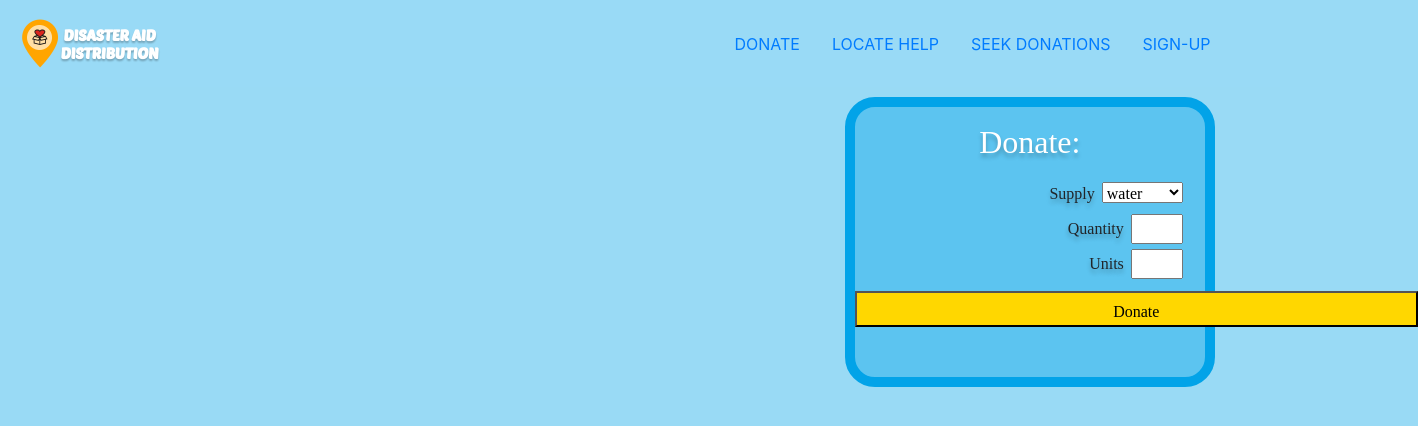
Repository: uprm-inso-4115-2019-2020-S2/semester-project-inso4115-DisasterAid-backend
Page: /donate-modal (app in disaster-aid/)
An editor plug-in stored every save of this project. The page is shown before and after the next save, followed by the edit.
The browser window is 1280 px wide. The page is 1418 px wide, then 1280 px, so the pictures cover 1418 px, including what lies to the right of the window. The pictures show the whole page.
The project was rebuilt for these pictures with package versions that can differ from the ones it lists, and the page was loaded fresh each time. Also part of the build but not shown: disaster-aid/angular.json, disaster-aid/src/app/login/login.component.ts, disaster-aid/src/app/register/register.component.ts, disaster-aid/src/app/home/home.component.ts, disaster-aid/src/app/landing-page/landing-page.component.ts, disaster-aid/src/app/donations/donations.component.ts, disaster-aid/src/app/donations.service.ts.

Above is the page before, as saved 2020-05-08 04:34:43.

After the next save:
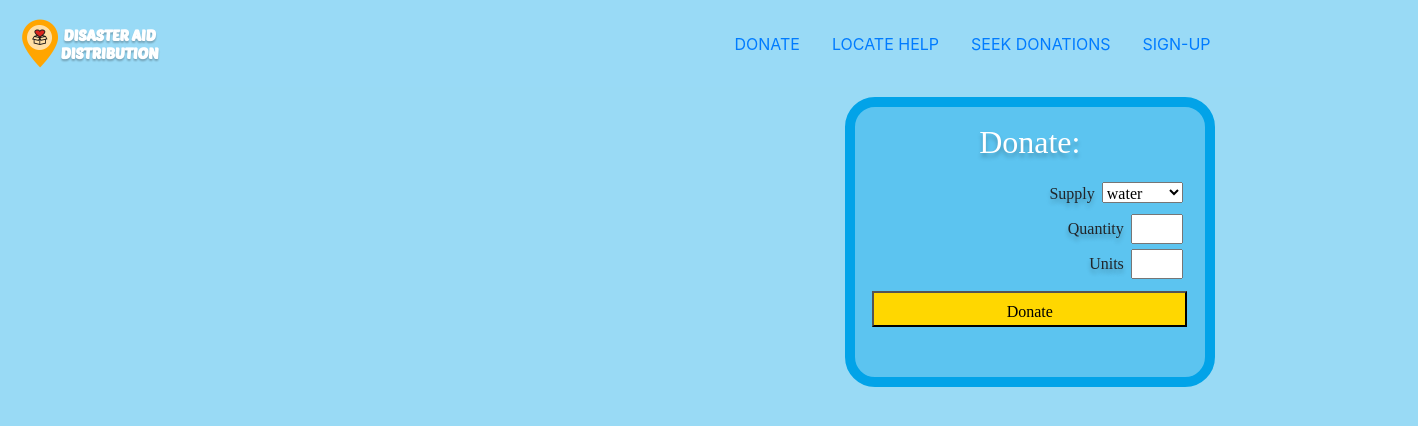
Saved 18 s later.
--- a/disaster-aid/src/app/donate-modal/donate-modal.component.css
+++ b/disaster-aid/src/app/donate-modal/donate-modal.component.css
@@ -16,9 +16,5 @@
     text-align: center;
     padding-top: 7px;
     background: gold;
-    /* position: absolute; */
-width: 563px;
-/* height: 97px; */
-/* left: 1192px; */
-/* top: 850px; */
+    width: 90%;
 }
